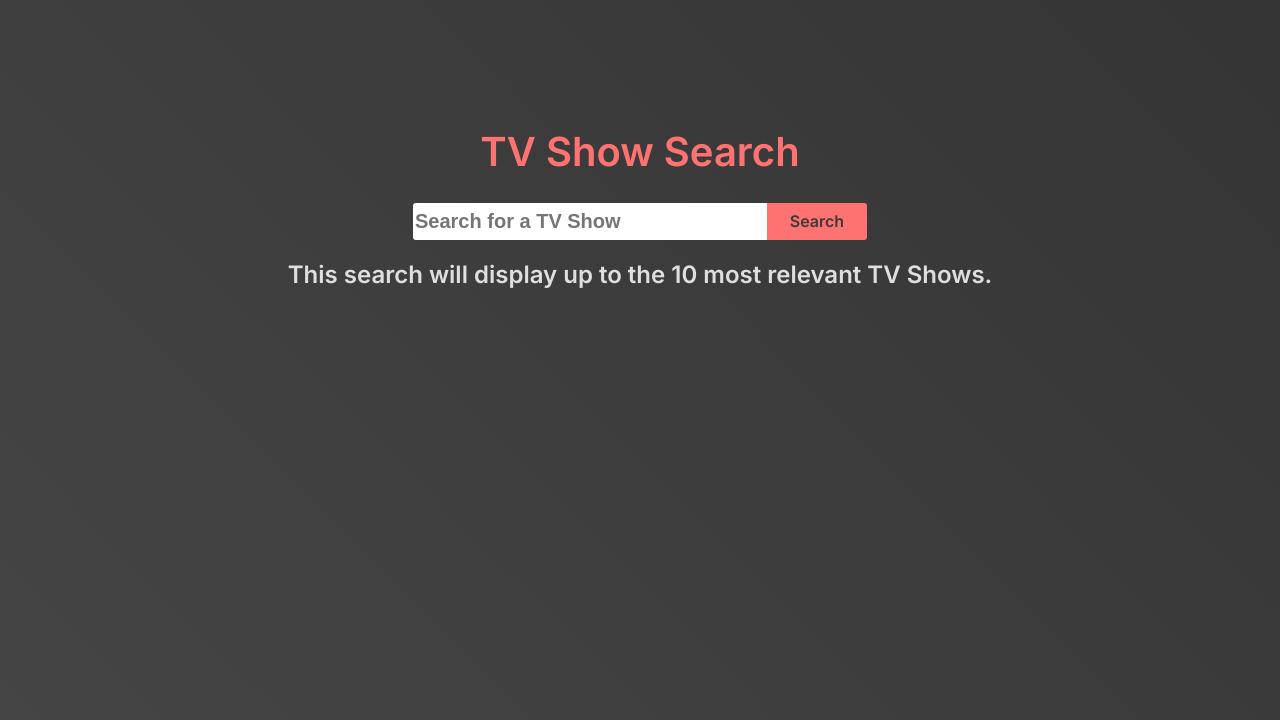
Repository: shayanabedi98/tv-search-react
Page: /
These files come from the project's save history. The page is drawn as it stood at one moment and after the next save; the edit follows.
The browser window is 1280 px wide. The pictures show the whole page.
The project was rebuilt for these pictures with package versions that can differ from the ones it lists, and the page was loaded fresh each time. Also part of the build but not shown: vite.config.js.

Above is the page before, as saved 2024-01-09 15:39:53.

### index.html
<!doctype html>
<html lang="en">
  <head>
    <meta charset="UTF-8" />
    <link rel="icon" type="image/svg+xml" href="https://www.svgrepo.com/show/503669/tv.svg" />
    <meta name="viewport" content="width=device-width, initial-scale=1.0" />
    <title>TV Show Search | React</title>
  </head>
  <body>
    <div id="root"></div>
    <script type="module" src="/src/main.jsx"></script>
  </body>
</html>

### src/App.jsx
import { useState } from "react";
import { v4 as uuid } from "uuid";
import List from "./List";
import Search from "./Search";

function App() {
  const [input, setInput] = useState();
  const [showList, setShowList] = useState([]);

  const fetchShow = async () => {
    try {
      if (input) {
        const response = await fetch(
          `https://api.tvmaze.com/search/shows?q=${input}`
        );
        const responseJson = await response.json();
        let newList = [];
        for (let i = 0; i < responseJson.length; i++) {
          if (responseJson[i].show.image) {
            newList.push({
              id: uuid(),
              name: responseJson[i].show.name,
              img: responseJson[i].show.image.medium,
              genres: responseJson[i].show.genres.join(', '),
              language: responseJson[i].show.language,
              rating: responseJson[i].show.rating.average,
            });
          }
        }
        setShowList(newList);
        console.log(responseJson);
      }
    } catch (err) {
      return err;
    }
  };

  const handleChange = (e) => {
    setInput(e.target.value);
  };

  return (
    <div className="bg">
      <Search fetchShow={fetchShow} input={input} handleChange={handleChange} />
      <List showList={showList} />
    </div>
  );
}

export default App;

### src/index.css
@import url('https://fonts.googleapis.com/css2?family=Inter:wght@600&display=swap');

@keyframes move-bg {
  0% { background-position: 0% 50%; }
  50% { background-position: 100% 50%;}
  100% { background-position: 0% 50%; }
}

body {
  font-family: 'Inter', sans-serif;
  margin: 0;
  padding: 0;
  color: rgb(223, 223, 223);
  width: 100%;
  background: linear-gradient(45deg, rgb(170, 170, 170), rgb(70, 70, 70), rgb(48, 48, 48));
  background-size: 300% 300%;
  animation: move-bg 12s ease-in-out infinite;
}

.search {
  margin: 100px auto 100px auto;
  text-align: center;
  width: 950px;
  display: grid;
  place-items: center;
}

.search-bar {
  display: flex;
  place-items: center;
}

.search h1 {
  font-size: 40px;
  color: rgb(255, 114, 114);
}

.search input {
  border: none;
  height: 35px;
  width: 350px;
  font-size: 20px;
  outline: none;
  color: rgb(104, 104, 104);
  font-weight: 700;
  border-radius: 3px 0 0 3px;
}

.search input:focus {
  outline: 2px grey solid;
}

.search input:focus + button {
  outline: 2px grey solid;
}

.search button {
  height: 37px;
  padding: 1px 2px;
  width: 100px;
  font-family: 'Inter', sans-serif;
  border: none;
  background-color: rgb(255, 114, 114);
  color: rgb(59, 59, 59);;
  font-size: 16px;
  border-radius: 0 3px 3px 0;
  cursor: pointer;
}

.list {
  width: 1100px;
  margin: 100px auto;
  display: grid;
  place-items: center;
  grid-template-columns: repeat(3, 1fr);
}

.card {
  background-color: rgb(29, 29, 29);
  text-align: center;
  width: 290px;
  height: 500px;
  padding: 20px;
  display: grid;
  place-items: center;
  margin: 50px auto;
  border-radius: 5px;
  box-shadow: rgba(0, 0, 0, 0.3) 0px 2px 8px 0px;
  cursor: pointer;
  transition: 0.5s;
}

.card:hover {
  transform: scale(1.05);
}

@media (max-width: 1150px) {

  .search {
    width: 100%;
  }

  .list {
    grid-template-columns: 1fr 1fr;
    width: 100%;
  }
}

@media (max-width: 700px) {

  .search h2 {
    width: 90%;
  }

  .list {
    grid-template-columns: 1fr;
  }
}

@media (max-width: 500px) {

  .search input {
    height: 28px;
    width: 90%;
  }
  .search button {
    height: 30px;
    width: 100px;
  }
}

@media (max-width: 400px) {
  .card {
    width: 250px;
    height: 440px;
  }

  .card img {
    width: 70%;
  }
}

### src/List.jsx
import React from "react";

const List = ({ showList }) => {
  return (
    <div className="list-container">
      <div className="list">
        {showList.length > 0 &&
          showList.map((show) => {
            return (
              <div className="card" key={show.id}>
                <h2>{show.name}</h2>
                <img src={show.img} alt={`cover photo of ${show.name}`} />
                <p>
                  <span>Language: </span>
                  {show.language}
                </p>
                  {show.genres}
                <p>
                  {show.rating ? `Rating: ${show.rating}⭐` : "Rating: N/A"}
                </p>
              </div>
            );
          })}
      </div>
    </div>
  );
};

export default List;

### src/Search.jsx
import React from "react";

const Search = ({ fetchShow, input, handleChange }) => {
  return (
    <div className="search">
        <h1>TV Show Search</h1>
      <div className="search-bar">
        <input
          type="text"
          onKeyDown={(e) => e.key === "Enter" && fetchShow()}
          onChange={handleChange}
          value={input}
          placeholder="Search for a TV Show"
        />
        <button onClick={fetchShow}>Search</button>
      </div>
      <h2>This search will display up to the 10 most relevant TV Shows.</h2>
    </div>
  );
};

export default Search;

Loaded but not shown: src/main.jsx (common file)

After the next save:
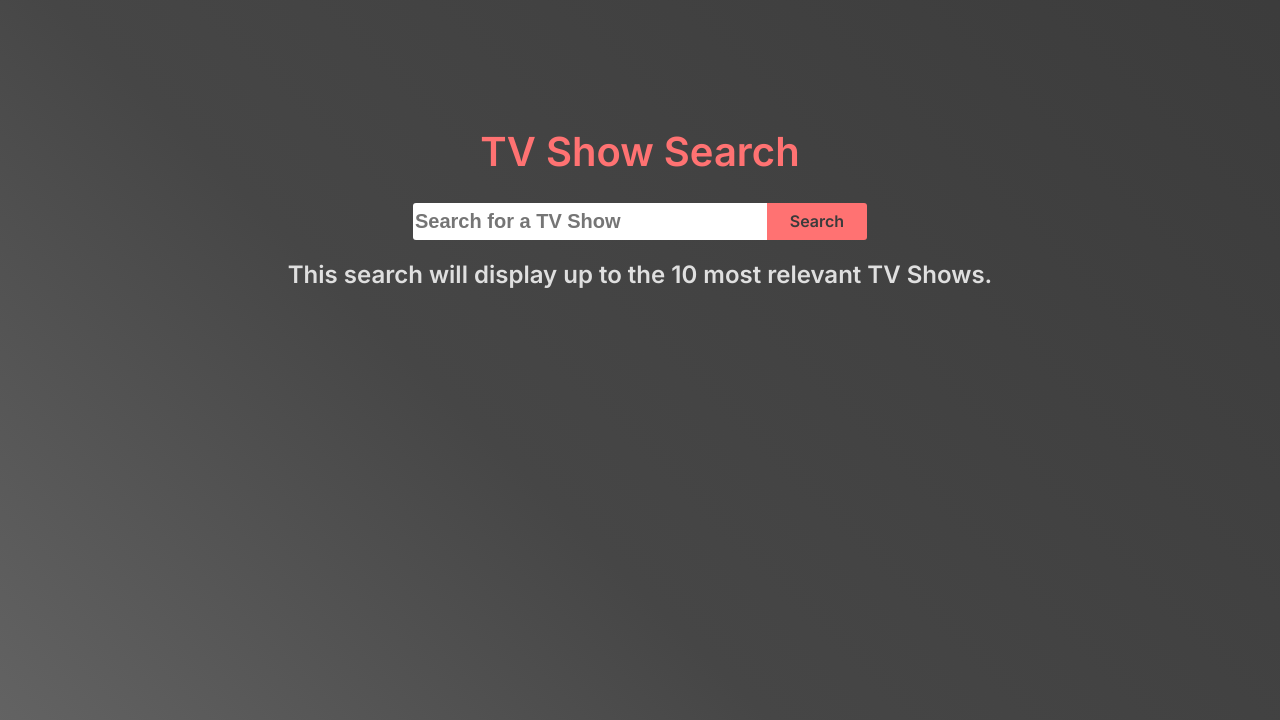
Saved 15 s later.
--- a/src/index.css
+++ b/src/index.css
@@ -14,7 +14,7 @@ body {
   width: 100%;
   background: linear-gradient(45deg, rgb(170, 170, 170), rgb(70, 70, 70), rgb(48, 48, 48));
   background-size: 300% 300%;
-  animation: move-bg 12s ease-in-out infinite;
+  animation: move-bg 19s ease-in-out infinite;
 }
 
 .search {
